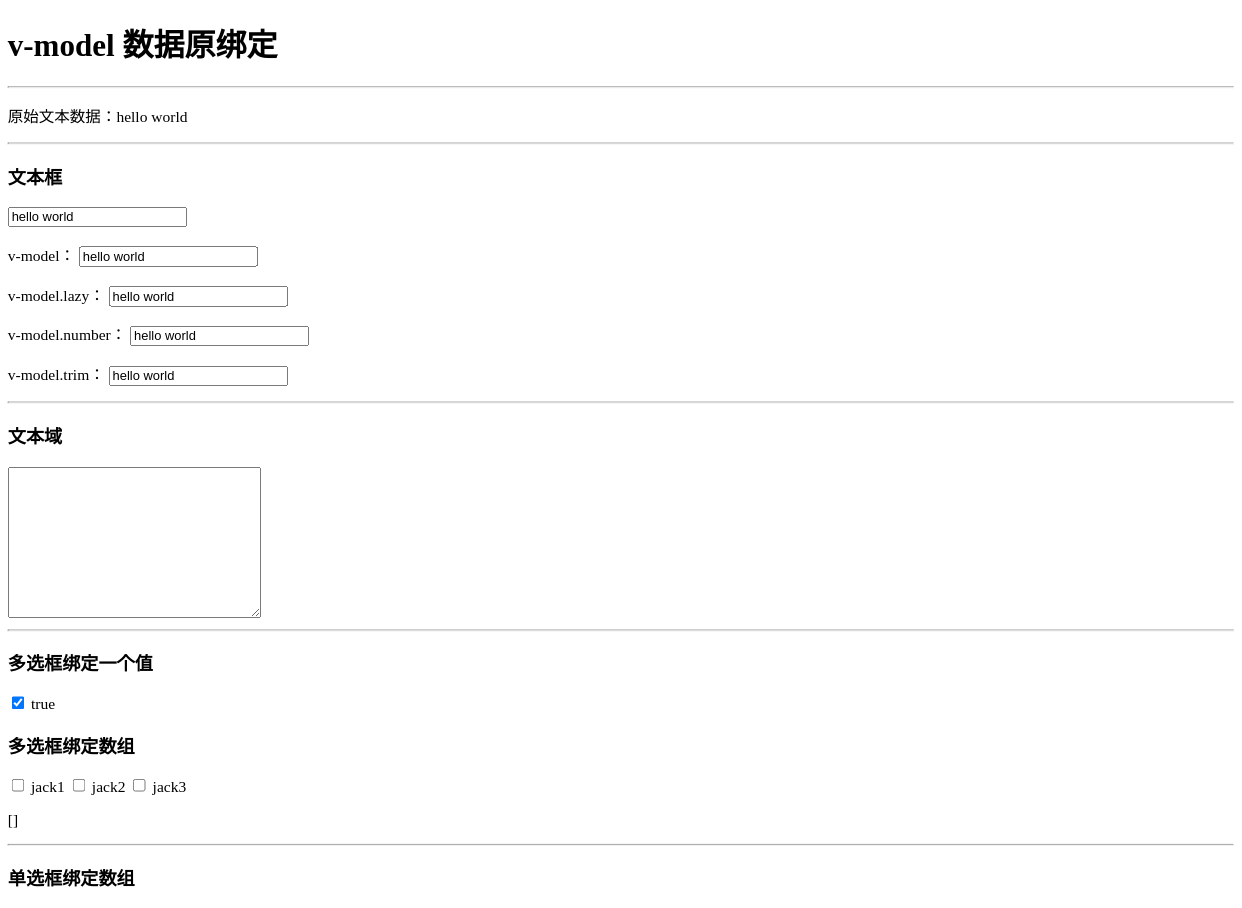
Repository: 13982720426/vue2.0-LearningNotes
Page: example/v-model.html
An editor plug-in stored every save of this project. The page is shown before and after a run of saves, followed by the edit.
The browser window is 1280 px wide. The pictures show the whole page, at 97% of full size.

Above is the page before, as saved 2021-06-17 21:33:03.

After the next 2 saves:
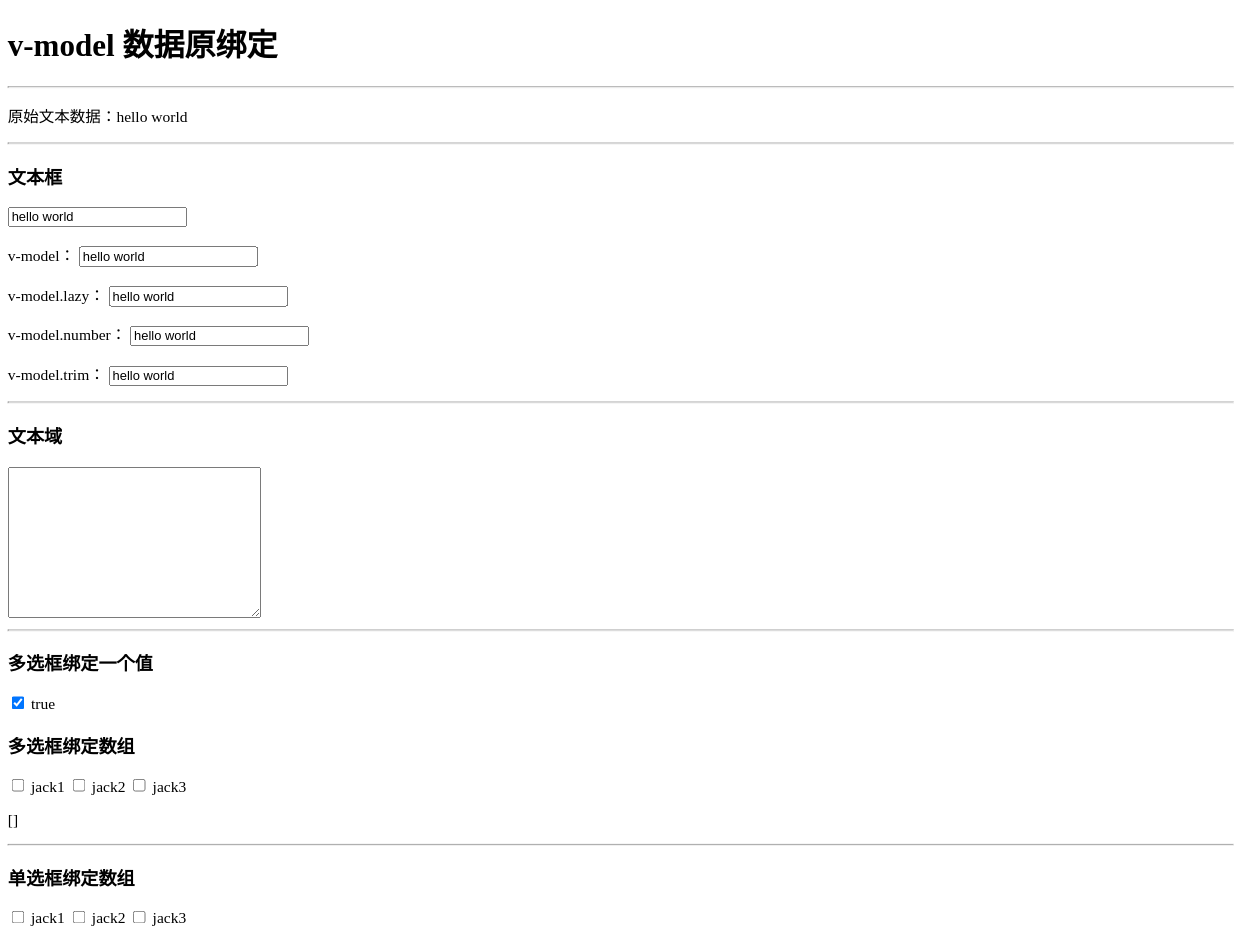
The 2 saves are shown as one change because they came seconds apart.
The last was saved 25 s later.
--- a/example/v-model.html
+++ b/example/v-model.html
@@ -51,6 +51,14 @@
       <p>{{web_names}}</p>
       <hr />
       <h3>单选框绑定数组</h3>
+      <p>
+        <input type="checkbox" id="jack1" value="jack1" v-model="web_names" />
+        <label for="isTrue">jack1</label>
+        <input type="checkbox" id="jack2" value="jack2" v-model="web_names" />
+        <label for="isTrue">jack2</label>
+        <input type="checkbox" id="jack3" value="jack3" v-model="web_names" />
+        <label for="isTrue">jack3</label>
+      </p>
     </div>
 
     <script type="text/javascript">
